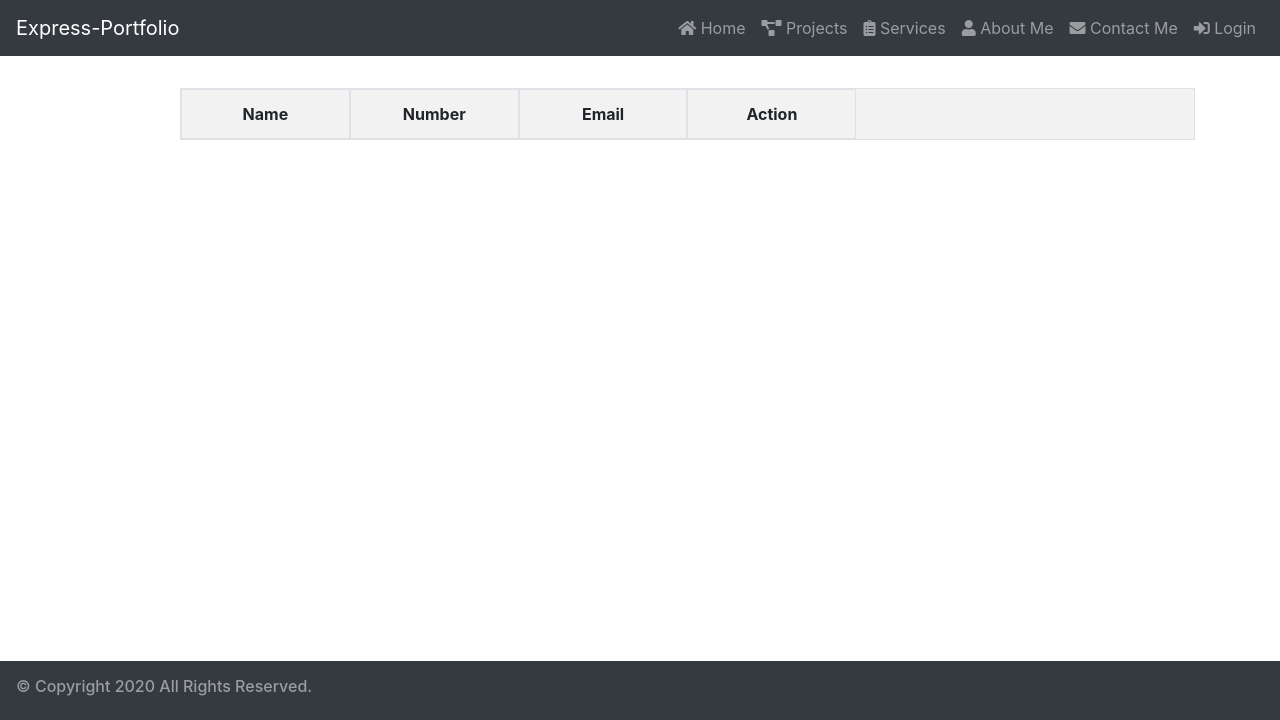
Repository: carlossclaro/Express_Portfolio
Page: server/views/users1/users.ejs
The author's editor kept a copy of each file at every save. The page is drawn from the files as they stood at one save, then again after the next save.
The browser window is 1280 px wide. The pictures show the whole page.
The page is served by the project's Node server (app.js). Other server files are loaded and not shown. The template is opened directly, without the code that normally fills it, so the values that code supplies are empty.

Above is the page before, as saved 2020-10-24 18:33:09.

### server/views/users1/users.ejs

<!--
 *business_contact_view.ejs created by:
  Carlos Cruz-Claro 0N 2020-10-22
#300-902-439
-->

<!--
This view to remain hidden to those unauth or not signed in. Should only be visable to 'test' user!
-->
<%- include ../partials/header.ejs %>


<%- include ../partials/main_nav.ejs %>

<!-- Main Content -->
<main class="container">
  <div class="row">
    <div class="offset-md-1 col-md-11">
      <h1><%= title %></h1>
      <br>
      <table class="table table-bordered table-striped table-hover">
          <!-- Header Row -->
          <tr class="d-flex">
            <th class="text-center col-2">Name</th>
            <th class="text-center col-2">Number</th>
            <th class="text-center col-2">Email</th>
            <th class="text-center col-2">Action</th>
          </tr>

          <!-- Repeatable Template Row -->

          <% for(let count = 0; count < UserList.length; count++) { %>
            <tr class="d-flex">
                <td class="text-center col-2"><%= UserList[count].name %></td>
                <td class="text-center col-2"><%= UserList[count].number %></td>
                <td class="text-center col-2"><%= UserList[count].email %></td>
            </tr>
          <% } %>
      </table>
    </div>
  </div>
</main>



<%- include ../partials/bottom_nav.ejs %>

<%- include ../partials/footer.ejs %>

### server/views/partials/header.ejs
<!DOCTYPE html>
<html lang="en">
<head>
  <meta charset="UTF-8">
  <meta name="viewport" content="width=device-width, initial-scale=1.0">
  <title><%= title %></title>

  <!-- CSS Section-->
  <link rel="stylesheet" href="/bootstrap/dist/css/bootstrap.min.css">
  <link rel="stylesheet" href="/@fortawesome/fontawesome-free/css/all.min.css">
  <link rel='stylesheet' href='/Content/app.css' />

</head>
<body>

### server/views/partials/main_nav.ejs
  <!--Main Nav here-->
  <nav class="navbar navbar-expand-lg navbar-dark bg-dark">
    <a class="navbar-brand" href="/">Express-Portfolio</a>
    <button class="navbar-toggler" type="button" data-toggle="collapse" data-target="#navbarSupportedContent" aria-controls="navbarSupportedContent" aria-expanded="false" aria-label="Toggle navigation">
      <span class="navbar-toggler-icon"></span>
    </button>

   <!--  <nav class="navbar navbar-light bg-dark">
      <a class="navbar-brand" href="/">
        <img src="public/Assets/images/personal_logo.png" width="30" height="30" class="d-inline-block align-top" alt="">
      </a>
    </nav>-->
    <div class="collapse navbar-collapse" id="navbarSupportedContent">
      <ul class="navbar-nav ml-auto">
       <!--TOFIX: HOME DOES NOT HIGHLIGHT WHEN CLICKED-->
        <% if ((title == "Home") || (title =="/")) { %>
        <li class="nav-item active">
        <% } else { %>
        <li class="nav-item">
        <% } %>
          <a class="nav-link" href="/home"><i class="fas fa-home"></i> Home </a>
        </li>

        <% if (title == "Projects") { %>
        <li class="nav-item active">
        <% } else { %>
        <li class="nav-item">
        <% } %>
          <a class="nav-link" href="/projects"><i class="fas fa-project-diagram"></i> Projects </a>
        </li>

        <% if (title == "Services") { %>
        <li class="nav-item active">
        <% } else { %>
        <li class="nav-item">
        <% } %>
          <a class="nav-link" href="/services"><i class="fas fa-clipboard-list"></i> Services </a>
        </li>

        <% if (title == "About Me") { %>
          <li class="nav-item active">
        <% } else { %>
        <li class="nav-item">
        <% } %>
          <a class="nav-link" href="/aboutme"><i class="fas fa-user"></i> About Me </a>
        </li>

        <% if (title == "Contact Me") { %>
          <li class="nav-item active">
        <% } else { %>
        <li class="nav-item">
        <% } %>
          <a class="nav-link" href="/contactme"><i class="fas fa-envelope"></i> Contact Me</a> </a>
        </li>

           <% if (title == "Authentication") { %>
          <li class="nav-item active">
        <% } else { %>
        <li class="nav-item">
        <% } %>
          <a class="nav-link" href="/authenticate"><i class="fas fa-sign-in-alt"></i> Login</a> </a>
        </li>
    </div>
  </nav>

### server/views/partials/bottom_nav.ejs
 <!-- Bottom Nav-->
  <footer>
    <nav class="navbar fixed-bottom navbar-dark bg-dark">
      <h6 class="display-6 navbar-text">&copy; Copyright 2020 All Rights Reserved.</h1>
    </nav>
  </footer>

### server/views/partials/footer.ejs
<!-- Script Selection (Front-Side)-->
<html>
<body>
  <script src="/jquery/dist/jquery.min.js"></script>
  <script src="/bootstrap/dist/js/bootstrap.min.js"></script>
  <script src="/Scripts/app.js"></script>
</body>
</html>

### app.js
/*App.js created by Carlos Cruz-Claro 0N 2020-10-11
#300-902-439 */

// Installed 3rd party packages
let createError = require('http-errors');
let express = require('express');
let path = require('path');
let cookieParser = require('cookie-parser');
let logger = require('morgan');

let indexRouter = require('./routes/index');
let usersRouter = require('./routes/users');

let app = express();

// view engine setup
app.set('views', path.join(__dirname, 'views'));
app.set('view engine', 'ejs');

app.use(logger('dev'));
app.use(express.json());
app.use(express.urlencoded({ extended: false }));
app.use(cookieParser());
app.use(express.static(path.join(__dirname, 'public')));
app.use(express.static(path.join(__dirname, 'node_modules')));

app.use('/', indexRouter);
app.use('/users', usersRouter);

// catch 404 and forward to error handler
app.use(function(req, res, next) {
  next(createError(404));
});

// error handler
app.use(function(err, req, res, next) {
  // set locals, only providing error in development
  res.locals.message = err.message;
  res.locals.error = req.app.get('env') === 'development' ? err : {};

  // render the error page
  res.status(err.status || 500);
  res.render('error', { title: 'Error'});
});

module.exports = app;

### public/Content/app.css
/* Custom css goes here */
/*Created by Carlos Cruz-Claro 0N 2020-10-11
#300-902-439 */
.map-container-section {
    overflow:hidden;
    padding-bottom:56.25%;
    position:relative;
    height:0;
  }
  .map-container-section iframe {
    left:0;
    top:0;
    height:100%;
    width:100%;
    position:absolute;
  }
  .container{
    height:300px;
  }
  .navbar-default { margin : 0 !important; }

### public/Scripts/app.js
//IIFE -- Immdiately Invoked Function Expression
/* app.js created by Carlos Cruz-Claro 0N 2020-10-11
#300-902-439 */
(function() {
    function Start()
    {
        console.log("App Started...");
    }

    window.addEventListener("load", Start);

})();

After the next save:
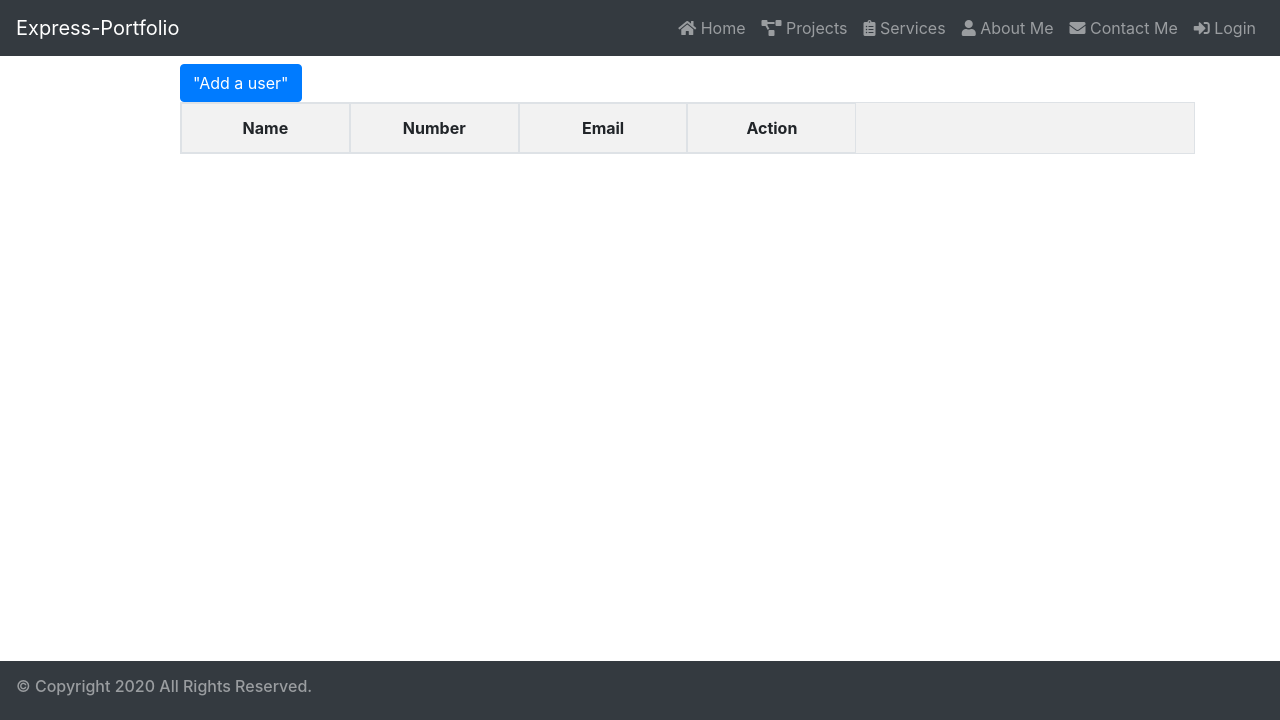
Saved 2 min 31 s later.
--- a/server/views/users1/users.ejs
+++ b/server/views/users1/users.ejs
@@ -18,6 +18,10 @@ This view to remain hidden to those unauth or not signed in. Should only be visa
   <div class="row">
     <div class="offset-md-1 col-md-11">
       <h1><%= title %></h1>
+      <a href="/users/add" class="btn btn-primary" role="button">
+      <i.class="fas fa-plus-circle></i>"Add a user"</a>
+
+    </a>
       <br>
       <table class="table table-bordered table-striped table-hover">
           <!-- Header Row -->
